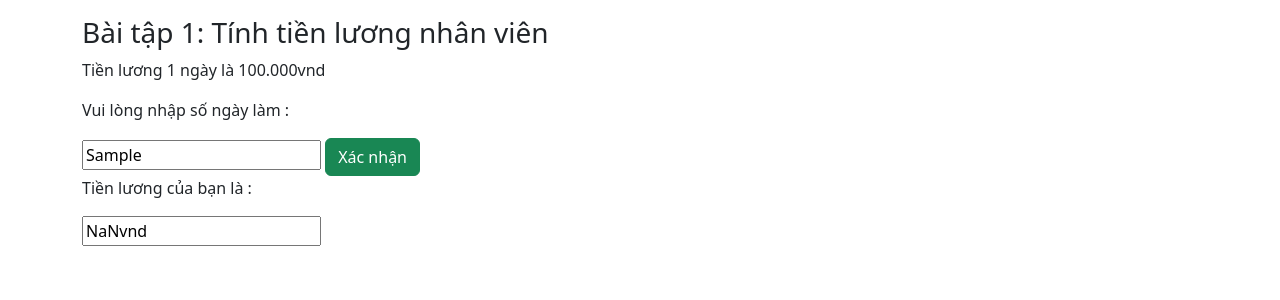
Repository: hcozyph/TranHuuPhuoc_BC43_BT_JS_Buoi2
Page: index.html
These files come from the project's save history. The page is drawn as it stood at one moment and after the next save; the edit follows.
The browser window is 1280 px wide. The pictures show the whole page.
Empty fields were first filled with sample values (such as "Sample", 5 or name@example.com).
After loading, the first visible `#btnXacNhan` was clicked once.

Above is the page before, as saved 2023-01-21 20:45:18.

### index.html
<!DOCTYPE html>
<html lang="en">
    <head>
        <title>BT JS - Buoi 1</title>
        <!-- Required meta tags -->
        <meta charset="utf-8" />
        <meta
            name="viewport"
            content="width=device-width, initial-scale=1, shrink-to-fit=no"
        />

        <!-- Bootstrap CSS v5.2.1 -->
        <link
            href="https://cdn.jsdelivr.net/npm/bootstrap@5.2.1/dist/css/bootstrap.min.css"
            rel="stylesheet"
            integrity="sha384-iYQeCzEYFbKjA/T2uDLTpkwGzCiq6soy8tYaI1GyVh/UjpbCx/TYkiZhlZB6+fzT"
            crossorigin="anonymous"
        />

        <!-- FontAwesome 6.2.0 CSS -->
        <link
            rel="stylesheet"
            href="https://cdnjs.cloudflare.com/ajax/libs/font-awesome/6.2.0/css/all.min.css"
            integrity="sha512-xh6O/CkQoPOWDdYTDqeRdPCVd1SpvCA9XXcUnZS2FmJNp1coAFzvtCN9BmamE+4aHK8yyUHUSCcJHgXloTyT2A=="
            crossorigin="anonymous"
            referrerpolicy="no-referrer"
        />

        <!-- index.css -->
        <link rel="stylesheet" href="./style/index.css" />
    </head>

    <body>
        <div class="container">
            <div>
                <h1 class="fs-3 mt-3">Bài tập 1: Tính tiền lương nhân viên</h1>
                <p>Tiền lương 1 ngày là 100.000vnd</p>
                <p>Vui lòng nhập số ngày làm :</p>
                <input type="text" id="soNgayLam" />
                <button
                    class="btn btn-success"
                    id="btnXacNhan"
                    onclick="inputSoNgayLam()"
                >
                    Xác nhận
                </button>
                <p>Tiền lương của bạn là :</p>
                <input type="text" id="result" />
            </div>
        </div>

        <!-- Bootstrap JavaScript Libraries -->
        <script
            src="https://cdn.jsdelivr.net/npm/@popperjs/core@2.11.6/dist/umd/popper.min.js"
            integrity="sha384-oBqDVmMz9ATKxIep9tiCxS/Z9fNfEXiDAYTujMAeBAsjFuCZSmKbSSUnQlmh/jp3"
            crossorigin="anonymous"
        ></script>

        <script
            src="https://cdn.jsdelivr.net/npm/bootstrap@5.2.1/dist/js/bootstrap.min.js"
            integrity="sha384-7VPbUDkoPSGFnVtYi0QogXtr74QeVeeIs99Qfg5YCF+TidwNdjvaKZX19NZ/e6oz"
            crossorigin="anonymous"
        ></script>

        <!-- index.js -->
        <script src="./index.js"></script>
    </body>
</html>

### index.js

function inputSoNgayLam () {
    //input
    var soNgayLam = document.getElementById('soNgayLam').value;
    var luongMotNgay = 100000;
    //output
    var result = 0;

    var result = parseInt(soNgayLam) * parseInt(luongMotNgay);

    document.getElementById('result').value = result + 'vnd';
}

Loaded but not shown: style/index.css (no stored copy; drawn as an empty file)

After the next save:
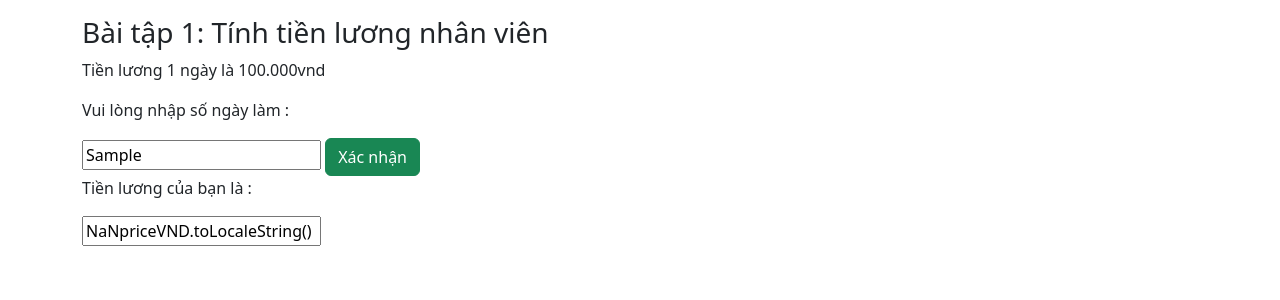
Saved 76 s later.
--- a/index.js
+++ b/index.js
@@ -8,5 +8,5 @@ function inputSoNgayLam () {
 
     var result = parseInt(soNgayLam) * parseInt(luongMotNgay);
 
-    document.getElementById('result').value = result + 'vnd';
+    document.getElementById('result').value = result + 'priceVND.toLocaleString()';
 }
